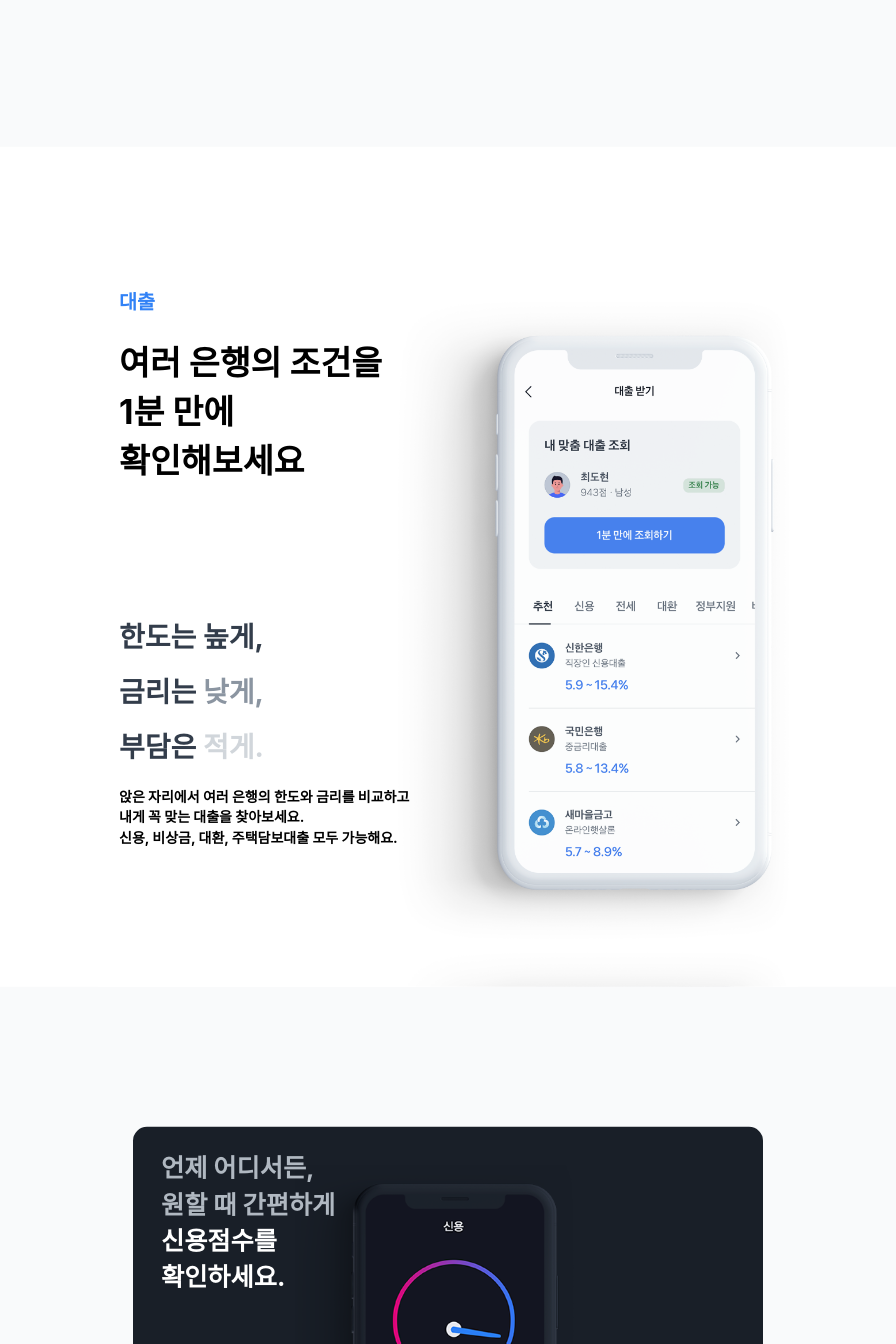
Repository: Tossproject/tossProject
Page: common/main_kor.html
The author's editor kept a copy of each file at every save. The page is drawn from the files as they stood at one save, then again after the next save.
The browser window is 1280 px wide. The pictures show the part of the page from y = 3994 to 5914 px (the page is 15997 px tall), at 70% of full size.
A picture or video elsewhere on the page could not be fetched, so the positions and the page height are approximate.

Above is the page before, as saved 2022-02-11 23:12:48.

After the next save:
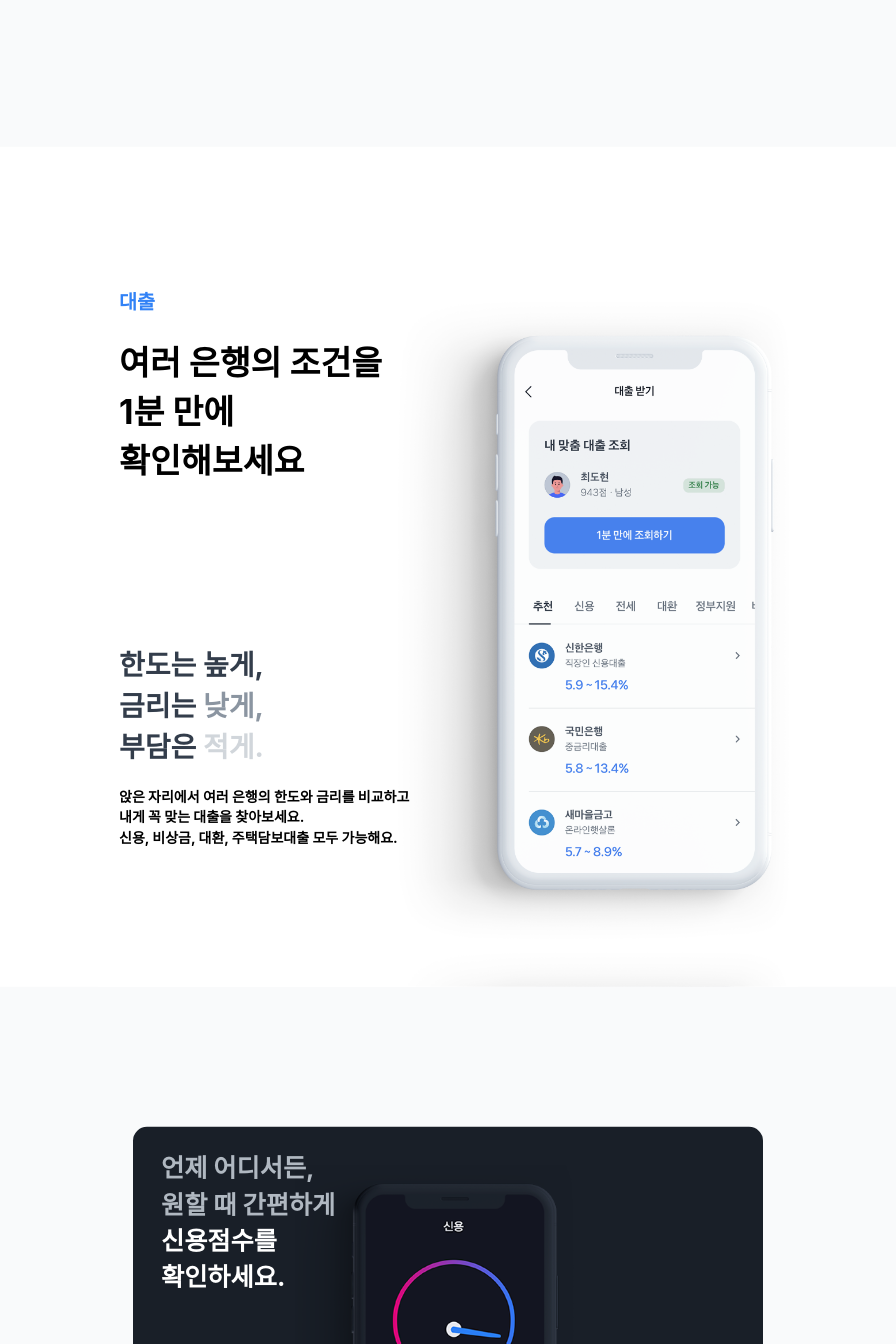
Saved 20 s later.
--- a/common/main_kor.html
+++ b/common/main_kor.html
@@ -176,8 +176,8 @@
                         </h2>
                     </div>
                     <div class="txt" id="limit">
-                        <h4 id="first-appear">한도는 높게,</h4> <br>
-                        <h4 id="second-appear">금리는 <span class="gray">낮게,</span></h4><br>
+                        <h4 id="first-appear">한도는 높게,</h4>
+                        <h4 id="second-appear">금리는 <span class="gray">낮게,</span></h4>
                         <h4 id="third-appear">부담은 <span class="lightgray">적게.</span></h4>
 
                         <p>
